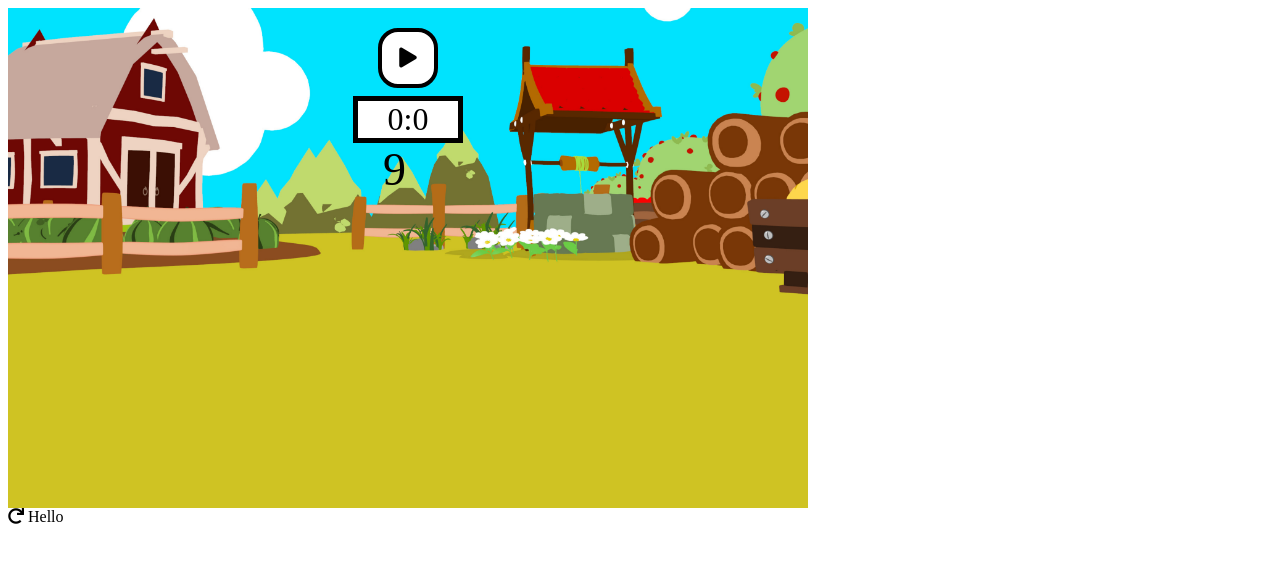
Repository: DevMinwoo-Jung/JavaScript101
Page: WebApIs/carrotClone/index.html
An editor plug-in stored every save of this project. The page is shown before and after the next save, followed by the edit.
The browser window is 1280 px wide. The pictures show the whole page.

Above is the page before, as saved 2021-06-22 14:43:26.

After the next save:
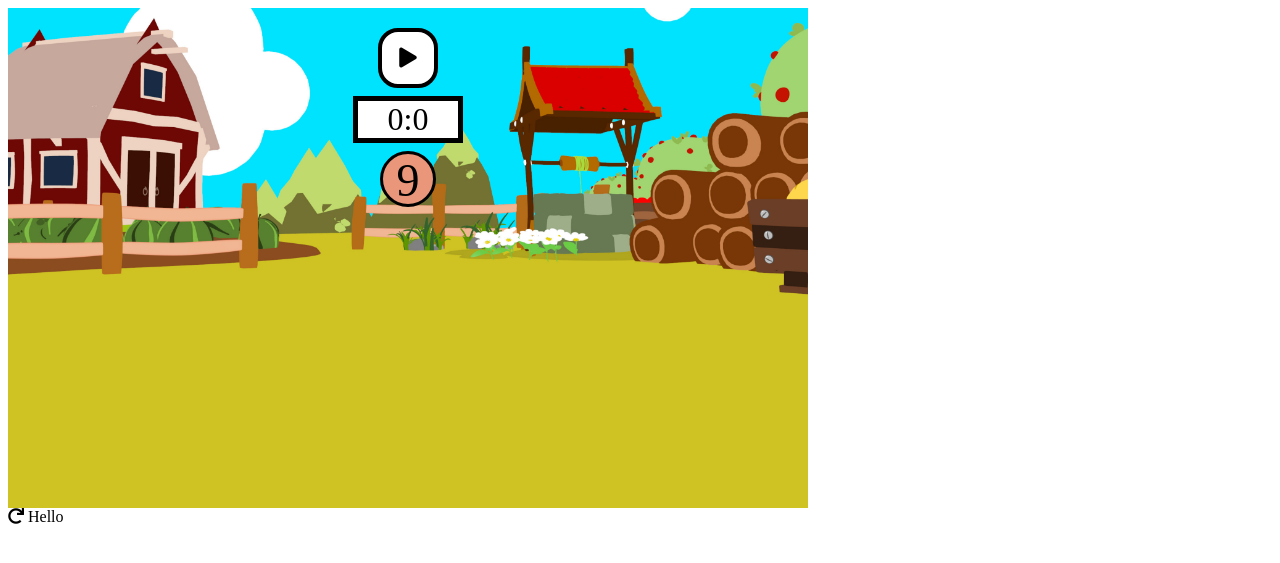
Saved 46 s later.
--- a/WebApIs/carrotClone/style.css
+++ b/WebApIs/carrotClone/style.css
@@ -45,6 +45,11 @@ button {
   width: 50px;
   height: 50px;
   font-size: 46px;
+  border: 3px solid black;
+  background-color: darksalmon;
+  border-radius: 50%;
+  text-align: center;
+  margin-top: 8px;
 }
 
 .game__field {
